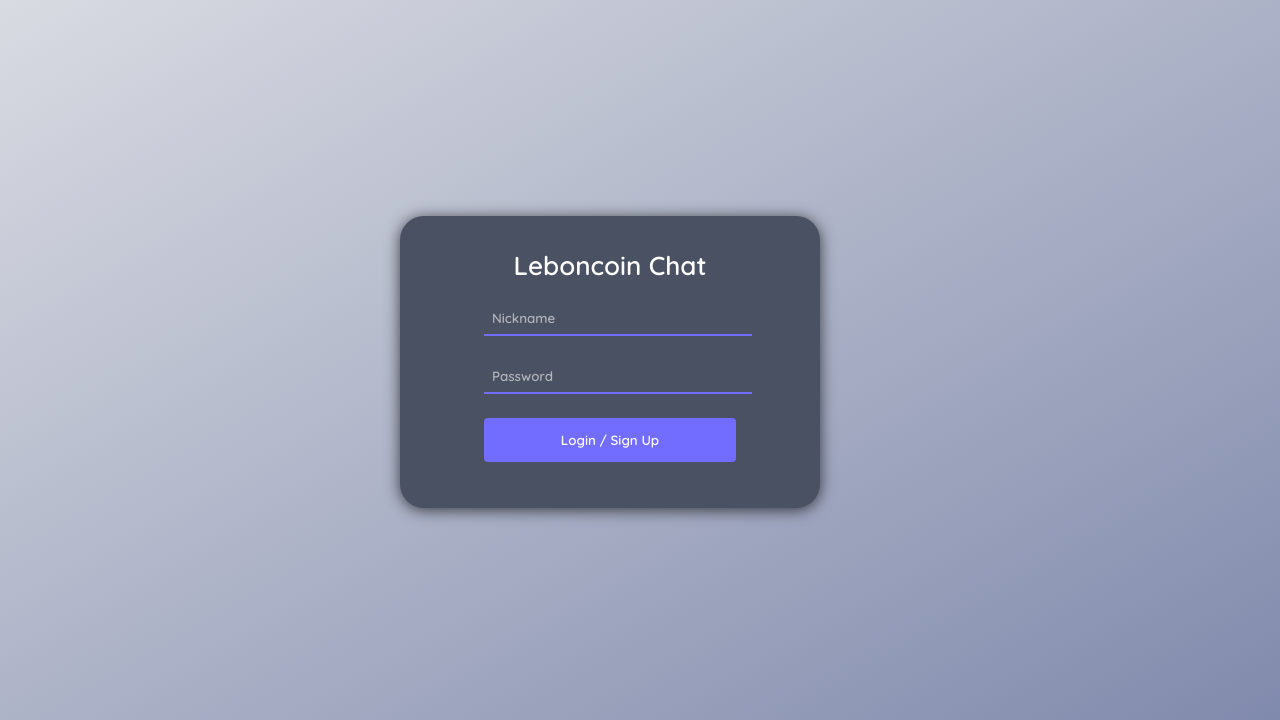
Repository: merimem/frontend-technical-test
Page: /
An editor plug-in stored every save of this project. The page is shown before and after the next save, followed by the edit.
The browser window is 1280 px wide. The pictures show the whole page.
The project was rebuilt for these pictures with package versions that can differ from the ones it lists, and the page was loaded fresh each time. The framework's server and built-in components were replaced by stand-ins that run in the browser. Also part of the build but not shown: src/styles/chats.css. Imported but missing from the stored project, and not drawn on this page: src/utils/getLoggedUserId.

Above is the page before, as saved 2022-01-07 16:43:38.

### src/pages/_app.tsx
import type { AppProps } from 'next/app'
import { getLoggedUserId } from '../utils/getLoggedUserId'
import "../styles/auth.css";
import "../styles/chats.css";
import "../styles/index.css";
import {ContextProvider} from "../context"

// Default way to get a logged user
export const loggedUserId = getLoggedUserId()

function MyApp({ Component, pageProps }: AppProps) {
  return (
    <ContextProvider >
      <Component {...pageProps} />
    </ContextProvider>
  )

}

export default MyApp

### src/pages/index.tsx
import type { FC } from 'react'
import React, {useContext} from "react";
import { Context } from '../context';
import { useRouter } from 'next/router';
import axios from "axios";
import Logo from '../assets/lbc-logo.webp'
import styles from '../styles/Home.module.css'

const Auth: FC = () => {


  return (
    <div className="background">
      <div className="auth-container">
        <form className="auth-form" onSubmit={(e) => onSubmit(e)}>
          <div className="auth-title">Leboncoin Chat</div>

          <div className="input-container">
            <input
              placeholder="Nickname"
              className="text-input"
              onChange={(e) => setNickname(e.target.value)}
            />
          </div>

          <div className="input-container">
            <input
              type="password"
              placeholder="Password"
              className="text-input"
              onChange={(e) => setSecret(e.target.value)}
            />
          </div>

          <button type="submit" className="submit-button">
            Login / Sign Up
          </button>
        </form>
      </div>
    </div>
  )
}

export default Auth

### src/styles/auth.css
.background {
  padding: 100px;
  position: absolute;
  top: 0px;
  left: 0px;
  width: calc(100vw - 200px);
  height: calc(100vh - 200px);
  background: linear-gradient(150deg, #d9dbe2, #808aac 100%, #282d39 0);
}

.auth-container {
  width: 420px;
  height: 292px;
  position: relative;
  top: calc(50vh - 144px - 100px);
  left: calc(50vw - 240px - 100px);
  background-color: #4a5162;
  border-radius: 24px;
  box-shadow: 0 2px 15px rgb(0 0 0 / 68%);
}

.auth-form {
  padding-top: 33px;
  width: 60%;
  margin-left: 20%;
}

.auth-title {
  padding-bottom: 20px;
  width: 100%;
  text-align: center;
  color: white;
  font-size: 26px;
}

.text-input {
  width: 100%;
  padding: 8px;
  margin-bottom: 24px;
  background-color: #4a5162;
  outline: none;
  border-width: 0px;
  border-bottom: 2px solid #726dfe;
  color: white;
}

.text-input::placeholder {
  color: hsla(0, 0%, 100%, 0.568);
}

.submit-button {
  width: 100%;
  padding: 14px;
  border-radius: 4px;
  border-width: 0px;
  cursor: pointer;
  background-color: #726dfe;
  color: white;
  outline: none;
}

.submit-button::hover {
  background-color: #938ffe;
}

### src/context/index.js
import React, { useState, createContext } from "react";

export const Context = createContext();

export const ContextProvider = (props) => {
  const [nickname, setNickname] = useState("");
  const [id, setId] = useState("");

  const value = {
    nickname,
    setNickname,
    id,
    setId,
  };

  return <Context.Provider value={value}>{props.children}</Context.Provider>;
};

Loaded but not shown: src/styles/index.css (common file)

After the next save:
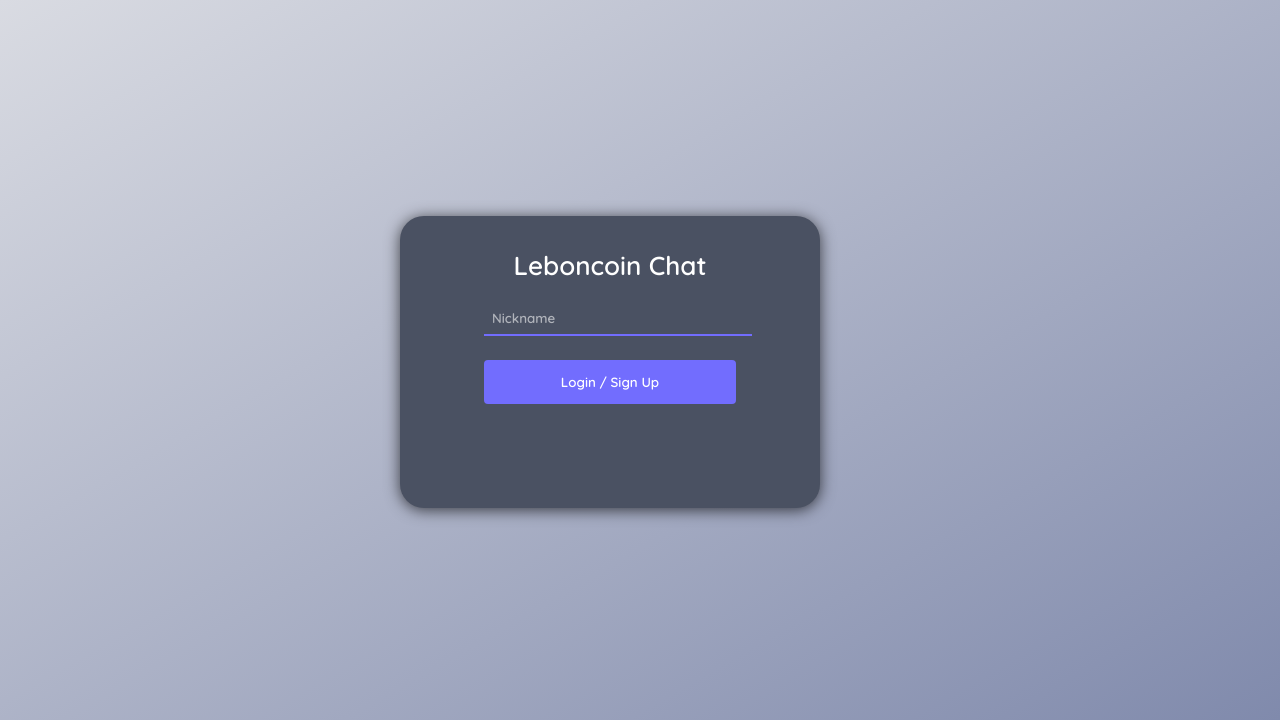
Saved 27 s later.
--- a/src/pages/index.tsx
+++ b/src/pages/index.tsx
@@ -23,14 +23,7 @@
             />
           </div>
 
-          <div className="input-container">
-            <input
-              type="password"
-              placeholder="Password"
-              className="text-input"
-              onChange={(e) => setSecret(e.target.value)}
-            />
-          </div>
+
 
           <button type="submit" className="submit-button">
             Login / Sign Up
